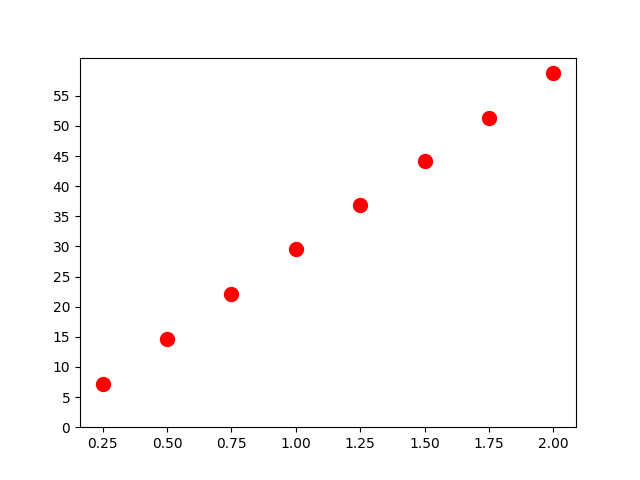
Repository: GreenSheep-Studio/PythonLearning
Script's output: python TableViwer.py
The author's editor kept a copy of each file at every save. The script's output is drawn from the files as they stood at one save, then again after the next save.
Random numbers start from a fixed seed.

Above is the script's output before, as saved 2023-11-01 14:21:29.

After the next save:
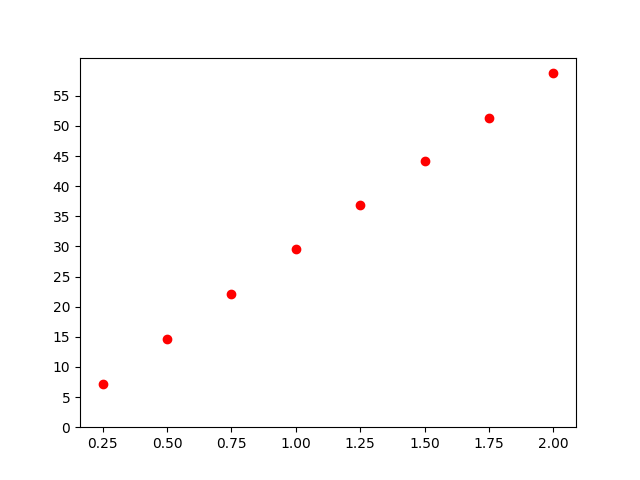
Saved 16 s later.
--- a/TableViwer.py
+++ b/TableViwer.py
@@ -2,7 +2,7 @@ import matplotlib.pyplot as plt
 import numpy as np
 Uh = [7.175,14.61,22.05,29.525,36.825,44.2,51.375,58.75]
 Im = [0.25,0.5,0.75,1,1.25,1.5,1.75,2]
-plt.scatter(Im, Uh, s=100, c='r', marker='o', label='Uh')
+plt.scatter(Im, Uh, s=None, c='r', marker='o', label='Uh')
 y_ticks = np.arange(0, 60, 5)
 plt.yticks(y_ticks)
 plt.show()
